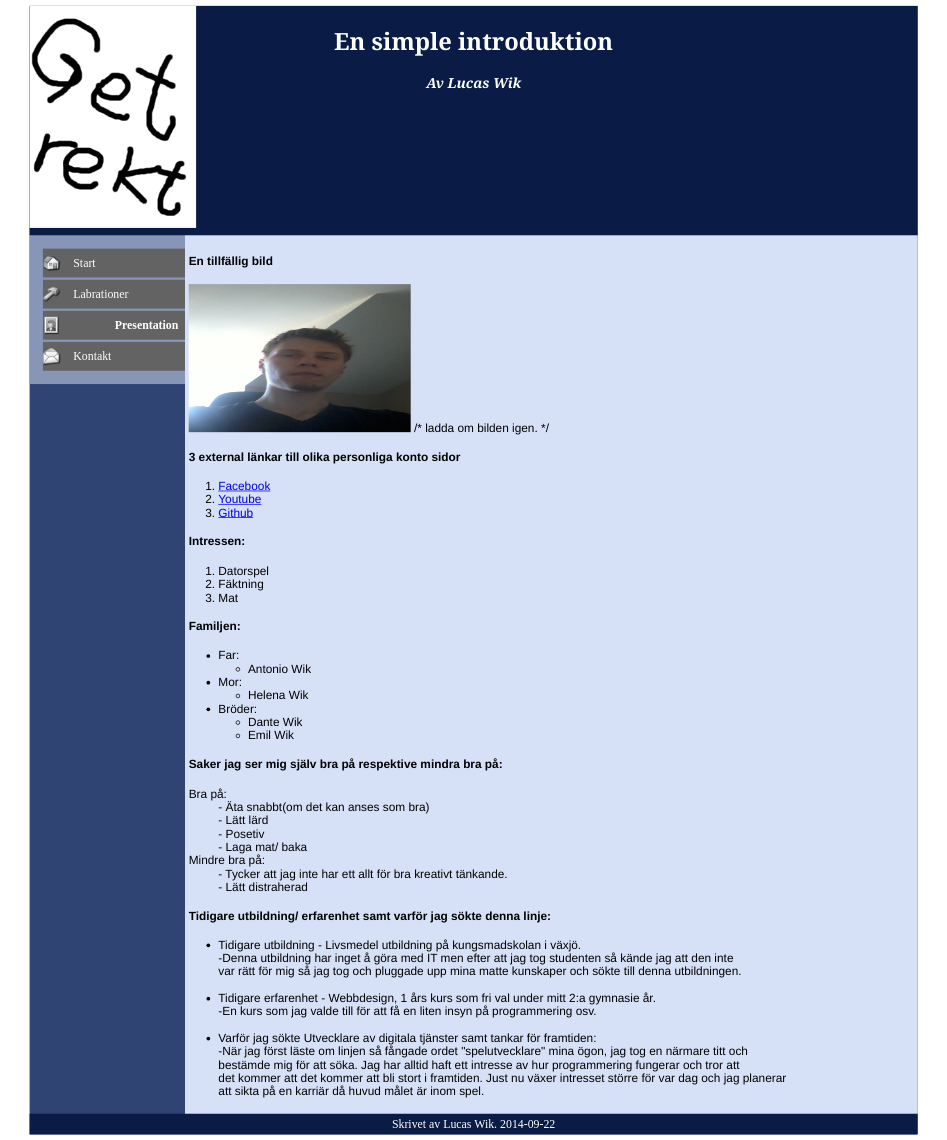
Repository: lw222gz/1ik415-laborationer
Page: Pages/presentation.html
The author's editor kept a record of every edit. The page is drawn from the files as they stood at one moment, then again after the next edit.
The browser window is 1280 px wide. The pictures show the whole page, at 74% of full size.

Above is the page before.

After the next edit:
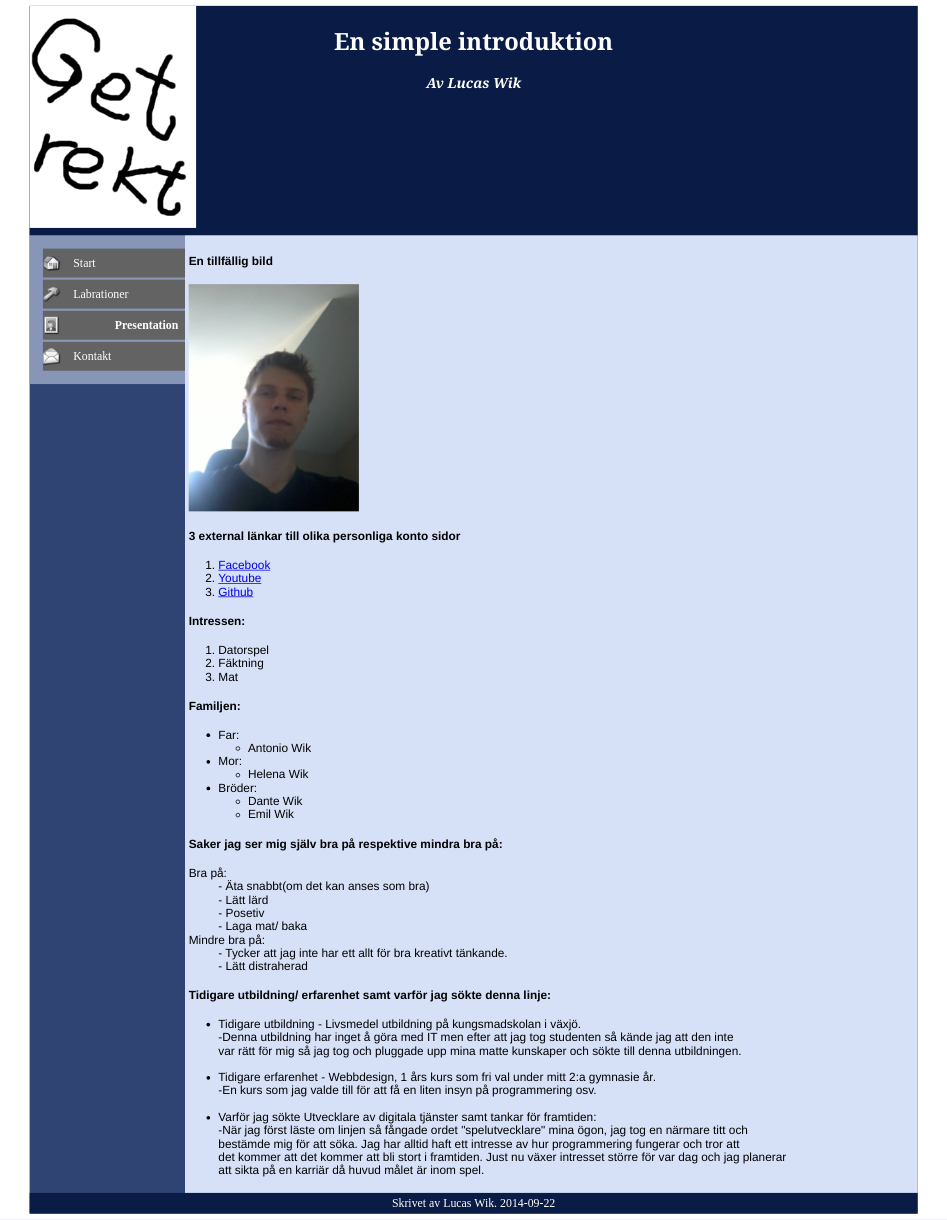
The edit:
--- a/Pages/presentation.html
+++ b/Pages/presentation.html
@@ -29,7 +29,7 @@
 
 <div id="content">
     <h4>En tillfällig bild</h4>
-    <a id="bild"></a><img src="../Css/Pics/selfie.jpg" style="width:300px;height:200px" alt="En bild på mig själv." /> /* ladda om bilden igen. */
+    <a id="bild"></a><img src="../Css/Pics/selfie.jpg" style="width:230.4px;height:307.2px" alt="En bild på mig själv." />
 
 
 <h4>3 external länkar till olika personliga konto sidor</h4>
